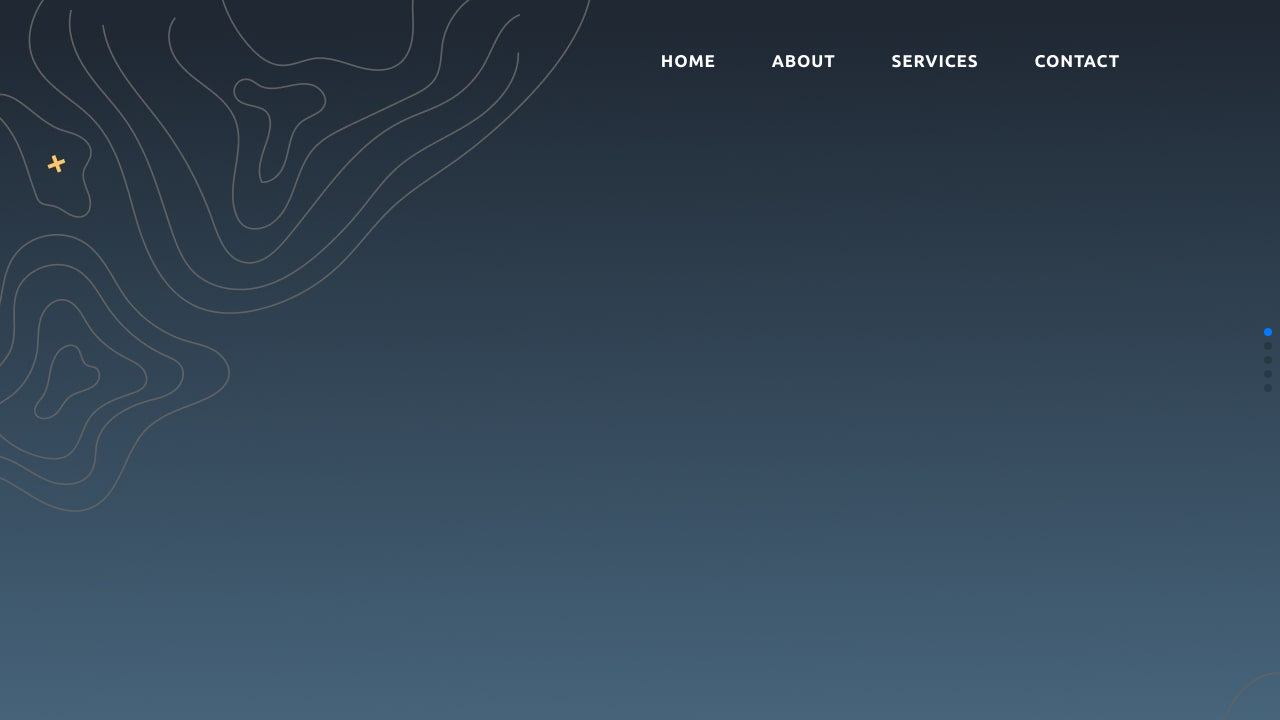
Repository: jiahow99/Add-Commerce
Page: index.html
The author's editor kept a copy of each file at every save. The page is drawn from the files as they stood at one save, then again after the next save.
The browser window is 1280 px wide. The pictures show the whole page.
Some web libraries are served in a nearby version.

Above is the page before, as saved 2023-06-06 17:18:30.

### index.html
<!DOCTYPE html>
<html lang="en">
<head>
    <meta charset="UTF-8">
    <meta http-equiv="X-UA-Compatible" content="IE=edge">
    <meta name="viewport" content="width=device-width, initial-scale=1.0">
    <title>Add Commerce</title>

    <!-- Fonts -->
    <!-- <link rel="preconnect" href="https://fonts.googleapis.com">
    <link rel="preconnect" href="https://fonts.gstatic.com" crossorigin>
    <link href="https://fonts.googleapis.com/css2?family=Ubuntu&display=swap" rel="stylesheet"> -->

    <!-- Custom CSS -->
    <link rel="stylesheet" href="style.css">
    <!-- Link Swiper's CSS -->
    <link rel="stylesheet" href="https://cdn.jsdelivr.net/npm/swiper@9/swiper-bundle.min.css" />
    <!-- Tailwind -->
    <script src="https://cdn.tailwindcss.com"></script>
</head>

<body>
    <!-- Swiper -->
  <div class="swiper mySwiper">
    <div class="swiper-wrapper">
      <div class="swiper-slide">
        <div class="home min-h-screen">
          <nav class="flex justify-end w-9/12 mx-auto">
            <ul class="flex text-white gap-14 py-12">
              <li class="uppercase"><span class="text-[17px] font-bold tracking-wider">Home</span></li>
              <li class="uppercase"><a href="#about" class="text-[17px] font-bold tracking-wider">About</a></li>
              <li class="uppercase"><a href="#services" class="text-[17px] font-bold tracking-wider">Services</a></li>
              <li class="uppercase"><a href="#contact" class="text-[17px] font-bold tracking-wider">Contact</a></li>
            </ul>
          </nav>
        </div>
      </div>
      <div class="swiper-slide">
        <div class="text-4xl text-white w-full h-full flex justify-center items-center"> Hello there 1</div>
      </div>
      <div class="swiper-slide">
        <div class="text-4xl text-white w-full h-full flex justify-center items-center"> Hello there 2</div>
      </div>
      <div class="swiper-slide">
        <div class="text-4xl text-white w-full h-full flex justify-center items-center"> Hello there 3</div>
      </div>
      <div class="swiper-slide">
        <div class="text-4xl text-white w-full h-full flex justify-center items-center"> Hello there 4</div>
      </div>
    </div>
    <div class="swiper-pagination"></div>
  </div>

  <!-- Swiper JS -->
  <script src="https://cdn.jsdelivr.net/npm/swiper@9/swiper-bundle.min.js" defer></script>
  <!-- Bootstrap -->
  <script src="https://cdn.jsdelivr.net/npm/bootstrap@5.3.0/dist/js/bootstrap.bundle.min.js" integrity="sha384-geWF76RCwLtnZ8qwWowPQNguL3RmwHVBC9FhGdlKrxdiJJigb/j/68SIy3Te4Bkz" crossorigin="anonymous" defer></script>
  <!-- Custom Sript -->
  <script src="script.js" defer></script>
</body>
</html>

### style.css
@import url('https://fonts.googleapis.com/css2?family=Ubuntu:wght@700&display=swap');

* {
    font-family: 'Ubuntu', sans-serif;
}

html,
body {
  position: relative;
  height: 100%;
}

body {
  background: #eee;
  font-family: Helvetica Neue, Helvetica, Arial, sans-serif;
  font-size: 14px;
  color: #000;
  margin: 0;
  padding: 0;
}

.swiper {
  width: 100%;
  height: 100%;
}

.swiper-slide {
  background: url("image/bg-image.jpg");

}

span:hover{
  text-decoration: none;
  background: linear-gradient(90deg, #A1ABE0 0%, #89A0E7 22.71%, #367CFF 100%);
  -webkit-background-clip: text;
  -webkit-text-fill-color: transparent;
  background-clip: text;
  text-fill-color: transparent;
  font-weight: bold !important; /* Add this line to explicitly set the font weight to bold on hover */
}

### script.js
var swiper = new Swiper(".mySwiper", {
    direction: "vertical",
    slidesPerView: 1,
    spaceBetween: 30,
    effect: "fade",
    mousewheel: true,
    pagination: {
      el: ".swiper-pagination",
      clickable: true,
    },
  });

After the next save:
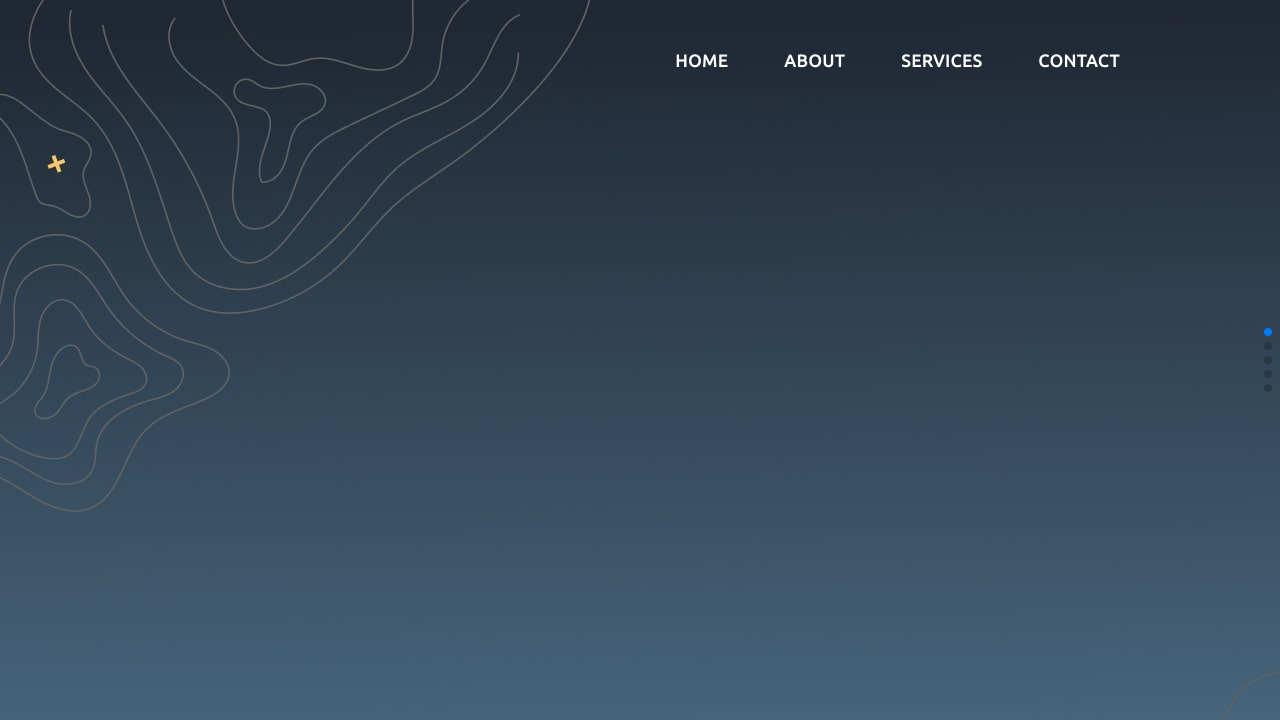
Saved 27 s later.
--- a/style.css
+++ b/style.css
@@ -1,5 +1,4 @@
-@import url('https://fonts.googleapis.com/css2?family=Ubuntu:wght@700&display=swap');
-
+@import url('https://fonts.googleapis.com/css2?family=Ubuntu&display=swap');
 * {
     font-family: 'Ubuntu', sans-serif;
 }

After the 3 saves that followed:
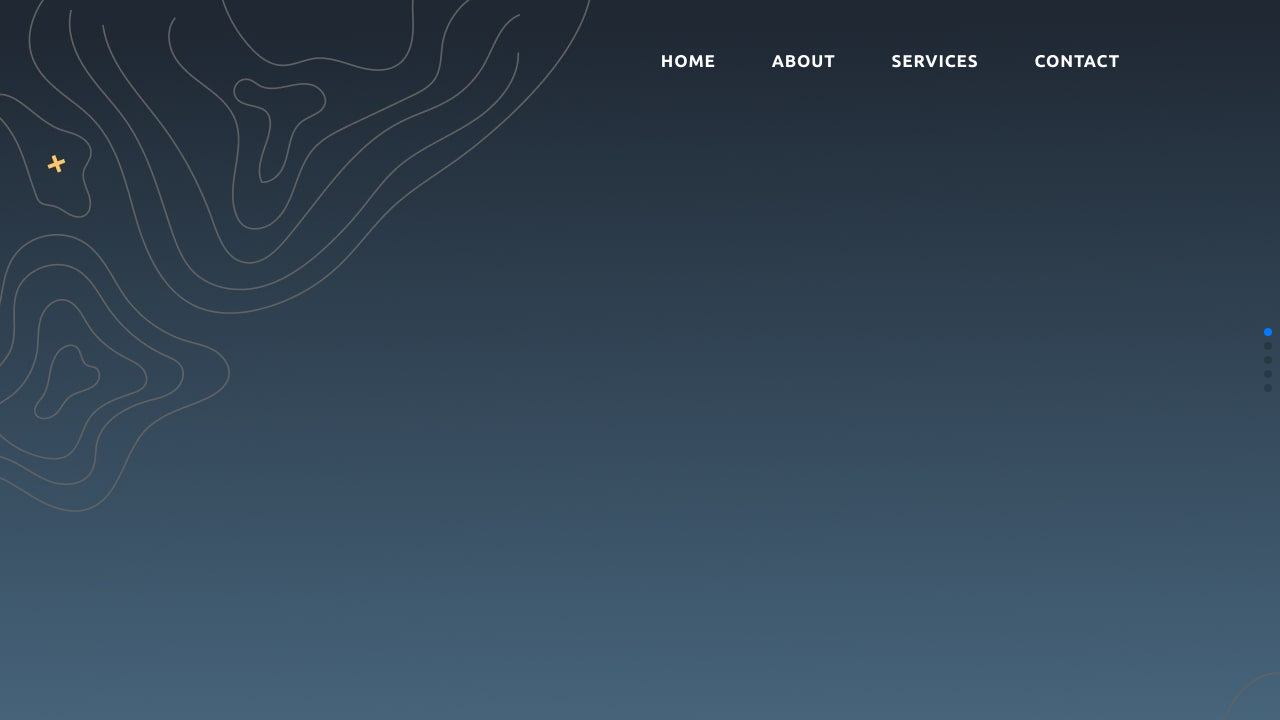
The 3 saves are shown as one change because they came seconds apart.
The last was saved 10 s later.
--- a/style.css
+++ b/style.css
@@ -1,4 +1,5 @@
-@import url('https://fonts.googleapis.com/css2?family=Ubuntu&display=swap');
+@import url('https://fonts.googleapis.com/css2?family=Ubuntu:wght@700&display=swap');
+
 * {
     font-family: 'Ubuntu', sans-serif;
 }
